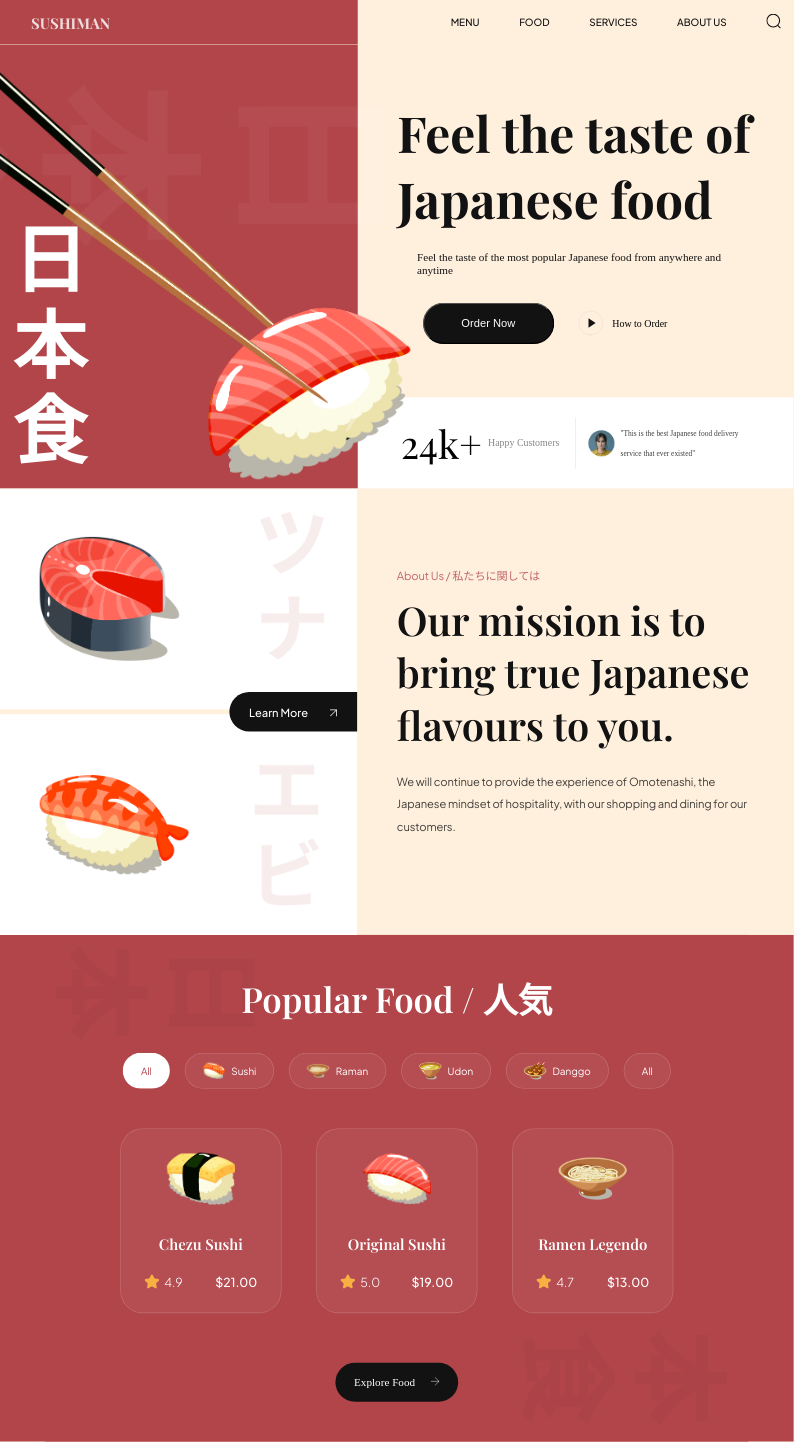
Repository: echoyol/sushiWebsite
Page: index.html
The author's editor kept a copy of each file at every save. The page is drawn from the files as they stood at one save, then again after the next save.
The browser window is 1280 px wide. The pictures show the whole page, at 62% of full size.

Above is the page before, as saved 2023-06-05 20:55:02.

### index.html
<!DOCTYPE html>
<html lang="en">
  <head>
    <meta charset="UTF-8" />
    <meta
      http-equiv="X-UA-Compatible"
      content="IE=edge"
    />
    <meta
      name="viewport"
      content="width=device-width, initial-scale=1.0"
    />
    <link
      rel="icon"
      type="image/png"
      href="/public/sushi.png"
    />
    <link
      rel="stylesheet"
      href="/css/style.css"
    />
    <title>Sushiman</title>
  </head>
  <body>
    <header>
      <nav class="header_nav">
        <div class="header__logo">
          <h4>Sushiman</h4>
          <div class="header__logo-overlay"></div>
        </div>
        <ul class="header__menu">
          <li>
            <a href="#menu">Menu</a>
          </li>
          <li>
            <a href="#food">Food</a>
          </li>
          <li>
            <a href="#services">Services</a>
          </li>
          <li>
            <a href="#about-us">About Us</a>
          </li>
          <li>
            <img
              src="assets/search.svg"
              alt="search"
            />
          </li>
        </ul>
        <ul class="header__menu-mobile">
          <li>
            <img
              src="assets/menu.svg"
              alt="menu"
            />
          </li>
        </ul>
      </nav>
    </header>

    <section class="hero">
      <div class="hero-image">
        <img
          src="assets/sushi-1.png"
          alt="sushi"
        />
        <h2>
          日<br />
          本<br />
          食
        </h2>

        <div class="hero-image__overlay"></div>
      </div>

      <div class="hero-content">
        <div class="hero-content-info">
          <h1>Feel the taste of Japanese food</h1>
          <p>
            Feel the taste of the most popular Japanese food from anywhere and
            anytime
          </p>

          <div class="hero-content__buttons">
            <button class="hero-content__order-button">Order Now</button>
            <button class="hero-content__play-button">
              <img
                src="assets/play-circle.svg"
                alt="play"
              />
              How to Order
            </button>
          </div>
        </div>
        <div class="hero-content__testimonial">
          <div class="hero-content__customer flex-center">
            <h4>24<span>k+</span></h4>
            <p>Happy Customers</p>
          </div>

          <div class="hero-content__review">
            <img
              src="assets/user.png"
              alt="user"
            />
            <p>
              "This is the best Japanese food delivery service that ever
              existed"
            </p>
          </div>
        </div>
      </div>
    </section>

    <section
      class="about-us"
      id="about-us"
    >
      <div class="about-us__image">
        <div class="about-us__image-sushi3">
          <img
            src="assets/sushi-3.png"
            alt="sushi"
          />
        </div>

        <button class="about-us__button">
          Learn More

          <img
            src="assets/arrow-up-right.svg"
            alt="learn more"
          />
        </button>

        <div class="about-us__image-sushi2">
          <img
            src="assets/sushi-2.png"
            alt="sushi"
          />
        </div>
      </div>

      <div class="about-us__content">
        <p class="sushi__subtitle">About Us / 私たちに関しては</p>
        <h3 class="sushi__title">
          Our mission is to bring true Japanese flavours to you.
        </h3>
        <p class="sushi__description">
          We will continue to provide the experience of Omotenashi, the Japanese
          mindset of hospitality, with our shopping and dining for our
          customers.
        </p>
      </div>
    </section>

    <section
      class="popular-foods"
      id="menu"
    >
      <h2 class="popular-foods__title">Popular Food / 人気</h2>

      <div class="popular-foods__filters sushi__hide-scrollbar">
        <button class="popular-foods__filter-btn active">All</button>
        <button class="popular-foods__filter-btn">
          <img
            src="assets/sushi-9.png"
            alt="sushi 9"
          />
          Sushi
        </button>
        <button class="popular-foods__filter-btn">
          <img
            src="assets/sushi-8.png"
            alt="sushi 8"
          />
          Raman
        </button>
        <button class="popular-foods__filter-btn">
          <img
            src="assets/sushi-7.png"
            alt="sushi 7"
          />
          Udon
        </button>
        <button class="popular-foods__filter-btn">
          <img
            src="assets/sushi-6.png"
            alt="sushi 6"
          />
          Danggo
        </button>
        <button class="popular-foods__filter-btn">All</button>
      </div>

      <div class="popular-foods__catalogue">
        <article class="popular-foods__card">
          <img
            class="popular-foods__card-image"
            src="assets/sushi-12.png"
            alt="sushi-12"
          />
          <h4 class="popular-foods__card-title">Chezu Sushi</h4>

          <div class="popular-foods__card-details flex-between">
            <div class="popular-foods__card-rating">
              <img
                src="assets/star.svg"
                alt="star"
              />
              <p>4.9</p>
            </div>
            <p class="popular-foods__card-price">$21.00</p>
          </div>
        </article>

        <article class="popular-foods__card active-card">
          <img
            class="popular-foods__card-image"
            src="assets/sushi-11.png"
            alt="sushi-11"
          />
          <h4 class="popular-foods__card-title">Original Sushi</h4>

          <div class="popular-foods__card-details flex-between">
            <div class="popular-foods__card-rating">
              <img
                src="assets/star.svg"
                alt="star"
              />
              <p>5.0</p>
            </div>
            <p class="popular-foods__card-price">$19.00</p>
          </div>
        </article>

        <article class="popular-foods__card">
          <img
            class="popular-foods__card-image"
            src="assets/sushi-10.png"
            alt="sushi-10"
          />
          <h4 class="popular-foods__card-title">Ramen Legendo</h4>

          <div class="popular-foods__card-details flex-between">
            <div class="popular-foods__card-rating">
              <img
                src="assets/star.svg"
                alt="star"
              />
              <p>4.7</p>
            </div>
            <p class="popular-foods__card-price">$13.00</p>
          </div>
        </article>
      </div>

      <button class="popular-foods__button">
        Explore Food
        <img
          src="assets/arrow-right.svg"
          alt="arrow-right"
        />
      </button>
    </section>
    <script
      src="js/script.js"
      type="module"
    ></script>
  </body>
</html>

### css/style.css
@import url('https://fonts.googleapis.com/css2?family=Playfair+Display:wght@400;500;600;700;800;900&display=swap');
@import url('https://fonts.googleapis.com/css2?family=Plus+Jakarta+Sans:wght@200;300;400;500;600;700;800&display=swap');

/* other css file imports */
@import url('sections/header.css');
@import url('sections/hero.css');
@import url('sections/about.css');
@import url('sections/popular.css');
@import url('sections/trending.css');
@import url('sections/subscribe.css');
@import url('sections/footer.css');

/* CSS variables for reusablity across all files (including above imported) */
:root {
  --playfair-display: 'Playfair Display', serif;
  --plus-jakarta-sans: 'Plus Jakarta Sans', sans-serif;

  --primary-color: #b1454a;
  --secondary-color: #121212;

  --black-200: #020202;
  --black-300: #333333;
  --black-400: #1f1e31;
  --black-500: #555555;
  --gray-100: #888888;

  --color-white: #fff;
  --color-creamson: #fff0de;
}

* {
  margin: 0;
  padding: 0;
  box-sizing: border-box;
  scroll-behavior: smooth;
}

body {
  max-width: 1280px;
  margin: 0 auto;
  background-color: var(--color-creamson);
}

a {
  text-decoration: none;
  color: inherit;
}

.flex-center {
  display: flex;
  justify-content: center;
  align-items: center;
}

.flex-between {
  display: flex;
  justify-content: space-between;
  align-items: center;
}

.sushi__subtitle {
  font-size: 18px;
  font-weight: 400;
  font-family: var(--plus-jakarta-sans);

  color: var(--primary-color);
  opacity: 0.8;

  letter-spacing: -0.01em;
}

.sushi__title {
  font-size: 64px;
  font-weight: 600;
  font-family: var(--playfair-display);

  color: var(--secondary-color);

  margin-top: 16px;
}

.sushi__description {
  font-size: 18px;
  font-weight: 400;
  font-family: var(--plus-jakarta-sans);

  line-height: 36px;
  letter-spacing: -0.01em;

  color: var(--secondary-color);
  opacity: 0.8;

  margin: 32px 0px;
}

/* Hide scrollbar for Chrome, Safari and Opera */
.sushi__hide-scrollbar::-webkit-scrollbar {
  display: none;
}

/* Hide scrollbar for IE, Edge and Firefox */
.sushi__hide-scrollbar {
  -ms-overflow-style: none; /* IE and Edge */
  scrollbar-width: none; /* Firefox */
}

/* START: about us media queries */
@media screen and (max-width: 1024px) {
  .about-us {
    flex-direction: column;
  }

  .about-us__image {
    flex-direction: row;
  }

  .about-us__image-sushi3 {
    border-bottom: none;
    border-right: 8px solid var(--color-creamson);
  }

  .about-us__button {
    display: none;
  }
}

@media screen and (max-width: 750px) {
  .about-us__image {
    flex-direction: column;
  }

  .about-us__image-sushi3 {
    border-bottom: 8px solid var(--color-creamson);
    border-right: none;
  }

  .about-us__button {
    display: block;
    top: 47%;
  }
}

@media screen and (max-width: 550px) {
  .about-us__image-sushi2 img,
  .about-us__image-sushi3 img {
    width: 50%;
    height: 160px;

    object-fit: contain;
  }

  .about-us__image div {
    padding: 32px;
  }

  .about-us__button {
    top: 44%;
  }

  .about-us__content {
    padding: 32px;
  }
}
/* END: about us media queries */

/* START: header media querie */
@media screen and (max-width: 900px) {
  .header__nav {
    background: var(--primary-color);
  }

  .header__menu {
    display: none;
  }

  .header__menu-mobile {
    display: flex;
  }
}

@media screen and (max-width: 550px) {
  .header__logo {
    padding-left: 0;
  }
}
/* END: header media queries */

/* START: hero media queries */
@media screen and (max-width: 1060px) {
  .hero {
    flex-direction: column;
  }

  .hero-image img {
    width: 100%;

    transform: matrix(1, 0.05, 0, 1.25, 0, 0) !important;
  }
}

@media screen and (max-width: 750px) {
  .hero-image h2 {
    font-size: 70px;
    line-height: 90px;
  }
}

@media screen and (max-width: 550px) {
  .hero-image h2 {
    font-size: 40px;
    line-height: 60px;
  }

  .hero-content-info {
    padding: 32px;
  }

  .hero-content-info h1 {
    font-size: 60px;
  }

  .hero-content-info p {
    margin: 32px 0;
  }

  .hero-content__buttons {
    margin: 41px 0;
  }

  .hero-content__testimonial {
    padding: 32px;
  }
}
/* END: hero media queries */

/* START: popular media queries */
@media screen and (max-width: 550px) {
  .popular-foods {
    padding: 64px 32px;
  }

  .popular-foods__card,
  .popular-foods__card.active-card {
    min-width: 100%;
  }
}
/* END: popular media queries */

/* START: subscribe media queries */
@media screen and (max-width: 550px) {
  .subscription {
    padding: 64px 32px;
  }

  .subscription h2 {
    font-size: 68px;
    line-height: 100px;
  }

  .subscription__form {
    flex-direction: column;
    gap: 20px;

    min-width: 100%;
    border-radius: 20px;
    padding: 0;

    border: none;
  }

  .subscription__form input {
    min-height: 50px;

    border: 1px solid rgba(255, 255, 255, 0.5);
    padding: 10px 20px;
    border-radius: 30px;
  }

  .subscription__form button {
    min-width: 100%;
  }
}
/* END: subscribe media queries */

/* START: trending media queries */
@media screen and (max-width: 1024px) {
  .trending-sushi {
    flex-direction: column;
  }

  .trending-drink {
    flex-direction: column-reverse;
  }

  .trending__image {
    width: 100%;
    background-size: cover;
  }

  .trending__discover {
    display: none;
  }

  .trending__arrow {
    display: none;
  }
}

@media screen and (max-width: 550px) {
  .trending__image img {
    width: 70%;
    height: 70%;
  }

  .trending__content {
    padding: 32px;
  }
}
/* END: trending media queries */

### js/script.js
// import AOS from 'aos'
// import 'aos/dist/aos.css'

// // init AOS animation
// AOS.init({
//   duration: 1000,
//   offset: 100,
// })

### css/sections/header.css
.header_nav {
  display: flex;
  overflow: hidden;
}

.header__logo {
  flex: 1;
  display: flex;
  position: relative;
  padding: 20px;
}

.header__logo-overlay {
  position: absolute;
  inset: 0;
  width: 100%;
  background-color: var(--primary-color);
  z-index: -1;
}

.header__logo h4 {
  padding-left: 30px;
  font-weight: 700;
  font-size: 24px;
  text-transform: uppercase;
  font-family: var(--playfair-display);
  color: #fff;
  opacity: 0.8;
}

.header__menu,
.header__menu-mobile {
  padding: 20px;
  flex: 1.236;
  display: flex;
  align-items: center;
  justify-content: flex-end;
  gap: 64px;

  list-style: none;
}

.header__menu li {
  font-weight: 500;
  font-family: var(--plus-jakarta-sans);
  color: var(--secondary-color);
  font-size: 16px;
  text-transform: uppercase;
  line-height: 20px;
  cursor: pointer;
}

.header__menu li img {
  width: 24px;
  height: 24px;
  object-fit: contain;
}

.header__menu-mobile {
  display: none;
  gap: 20px;
  position: relative;
}

### css/sections/hero.css
.hero {
  display: flex;
  min-height: calc(100vh-74px);
  overflow: hidden;
}

.hero-image {
  flex: 1;
  display: flex;
  flex-direction: column;
  position: relative;
  z-index: 5;
}

.hero-image img {
  width: 120%;
  height: 100%;
  object-fit: contain;
}

.hero-image__overlay {
  position: absolute;
  inset: 0;
  width: 100%;
  background-color: var(--primary-color);
  z-index: -1;
}

.hero-image h2 {
  position: absolute;
  bottom: 0;
  padding: 20px;
  font-family: var(--playfair-diaplay);
  font-weight: 700;
  font-size: 120px;
  line-height: 138px;
  color: #fff;
}

.hero-content {
  flex: 1.22;
  display: flex;
  justify-content: space-between;
  flex-direction: column;
}

.hero-content-info {
  padding: 64px;
  flex: 1;
  display: flex;
  justify-content: center;
  flex-direction: column;
}

.hero-content-info h1 {
  font-size: 80px;
  font-weight: 600px;
  font-family: var(--playfair-display);
  color: var(--secondary-color);
}

.hero-content-info p {
  margin: 32px 0 0 32px;
  font-family: var(--plus-jakarta-sana);
  color: var(--secondary-color);
  font-size: 18px;
  font-weight: 400;
}

.hero-content__buttons {
  margin: 41px 0 0 41px;
  display: flex;
  flex-wrap: wrap;
  gap: 36px;
}

.hero-content__order-button {
  padding: 20px;
  border-radius: 36px;
  min-width: 212px;
  outline: none;
  background-color: var(--secondary-color);
  cursor: pointer;
  color: #fff;
  font-weight: 500;
  font-size: 18px;
  line-height: 23px;
}

.hero-content__play-button {
  border: none;
  outline: none;
  background: transparent;

  display: flex;
  align-items: center;

  font-size: 16px;
  line-height: 19px;
  color: var(--black-200);
  font-family: var(--plus-jakarta-sana);

  cursor: pointer;
}

.hero-content__play-button img {
  margin-right: 12px;

  width: 46px;
  height: 46px;
  object-fit: contain;
}

.hero-content__testimonial {
  padding: 32px 64px;

  display: flex;
  flex-wrap: wrap;
  gap: 20px;

  background: var(--color-white);
}

.hero-content__customer {
  flex: 1;
  gap: 10px;
}

.hero-content__customer h4 {
  font-size: 62px;
  font-weight: 400;
  font-family: var(--playfair-display);
}

.hero-content__customer p {
  font-size: 16px;
  font-weight: 400;
  font-family: var(--plus-jakarta-sana);
  color: var(--secondary-color);
  opacity: 0.5;
}

.hero-content__review {
  flex: 1;
  display: flex;
  align-items: center;
  gap: 10px;

  padding-left: 20px;
  border-left: 1px solid rgba(2, 2, 2, 0.1);
  min-width: 200px;
}
.hero-content__review img {
  width: 42px;
  height: 42px;
  object-fit: contain;
}

.hero-content__review p {
  font-size: 12px;
  font-weight: 400;
  line-height: 32px;
  font-family: var(--plus-jakarta-sana);
  color: var(--secondary-color);
  opacity: 0.8;
}

### css/sections/about.css
.about-us {
  display: flex;
  min-height: 720px;
  overflow: hidden;
}

.about-us__image {
  flex: 1;
  display: flex;
  flex-direction: column;
  justify-content: center;

  background: var(--color-white);

  position: relative;
}

.about-us__image div {
  padding: 32px 64px;

  flex: 1;
  display: flex;
  align-items: center;

  background-position: center;
  background-repeat: no-repeat;
  background-size: contain;
}

.about-us__image-sushi3 {
  border-bottom: 8px solid var(--color-creamson);

  background-image: url('../../assets/about_bg1.png');
}

.about-us__image-sushi2 {
  background-image: url('../../assets/about_bg2.png');
}

.about-us__image-sushi3 img {
  width: 225px;
  height: 200px;
}

.about-us__image-sushi2 img {
  width: 240px;
  height: 160px;
}

.about-us__button {
  position: absolute;
  right: 0;

  padding: 12px 32px;
  min-height: 64px;

  background: var(--secondary-color);
  border-radius: 32px 0 0 32px;
  border: 0;
  outline: 0;

  color: #fff;
  font-family: var(--plus-jakarta-sans);
  font-weight: 500;
  font-size: 18px;
  line-height: 23px;
  cursor: pointer;
}

.about-us__button img {
  object-fit: contain;
  margin-left: 32px;
}

.about-us__content {
  padding: 64px;

  flex: 1;
  display: flex;
  justify-content: center;
  flex-direction: column;
}

### css/sections/popular.css
.popular-foods {
  padding: 64px;

  display: flex;
  flex-direction: column;

  background-color: var(--primary-color);
  background-image: url('../../assets/popular_bg.png');
  background-position: center;
  background-repeat: no-repeat;
  background-size: contain;

  overflow: hidden;
}

.popular-foods__title {
  font-size: 56px;
  font-family: var(--playfair-display);
  font-weight: 600;
  line-height: 78px;
  color: #fff;
  text-align: center;
}

.popular-foods__filters {
  margin-top: 48px;
  max-width: 100%;
  overflow-x: auto;

  display: flex;
  justify-content: center;
  gap: 24px;
}

.popular-foods__filter-btn {
  padding: 10px 28px;

  display: flex;
  flex-direction: row;
  align-items: center;
  gap: 10px;

  background: rgba(255, 255, 255, 0.05);
  border: 1px solid rgba(255, 255, 255, 0.2);
  border-radius: 46px;

  font-size: 16px;
  font-weight: 300px;
  line-height: 25px;
  font-family: var(--plus-jakarta-sans);
  color: #fff;
  cursor: pointer;
}

.popular-foods__filter-btn img {
  width: 36px;
  height: 36px;
  object-fit: contain;
}

.popular-foods__filter-btn.active {
  background-color: #fff;
  color: var(--primary-color);
}

.popular-foods__filter-btn:hover {
  background-color: #fff;
  color: var(--primary-color);
}

.popular-foods__catalogue {
  margin-top: 64px;

  display: flex;
  justify-content: center;
  align-items: flex-end;
  flex-wrap: wrap;
  gap: 56px;
}

.popular-foods__button {
  width: fit-content;

  padding: 20px 30px;
  margin: 80px auto 0;

  font-weight: 500;
  font-size: 18px;
  line-height: 23px;
  font-family: var(--secondary-color);
  color: #fff;

  border: none;
  outline: none;
  background: var(--secondary-color);
  border-radius: 64px;
  cursor: pointer;
}

.popular-foods__button img {
  width: 14px;
  height: 14px;
  object-fit: contain;

  margin-left: 21px;
}

.popular-foods__card {
  padding: 38px;
  min-width: 260px;
  height: fit-content;

  display: flex;
  align-items: center;
  flex-direction: column;

  border-radius: 36px;
  background: rgba(255, 255, 255, 0.05);
  border: 1px solid rgba(255, 255, 255, 0.2);
}

.popular-foods__card-image {
  width: 110px;
  height: 84px;
  object-fit: contain;
}

.popular-foods__card-title {
  margin-top: 47px;

  font-weight: 600;
  font-size: 24px;
  line-height: 32px;
  font-family: var(--playfair-display);
  color: #fff;
  text-align: center;
}

.popular-foods__card-details {
  width: 100%;
  margin-top: 32px;
}

.popular-foods__card-rating {
  display: flex;
  align-items: center;
  gap: 8px;
}

.popular-foods__card-rating img {
  width: 24px;
  height: 24px;
  object-fit: contain;
}

.popular-foods__card-rating p {
  font-size: 20px;
  font-weight: 300;
  font-family: var(--plus-jakarta-sans);
  color: #fff;
}

.popular-foods__card-price {
  font-size: 20px;
  font-weight: 500;
  font-family: var(--plus-jakarta-sans);
  color: #fff;
}

Loaded but not shown: css/sections/trending.css (no stored copy; drawn as an empty file); css/sections/subscribe.css (no stored copy; drawn as an empty file); css/sections/footer.css (no stored copy; drawn as an empty file)

After the next save:
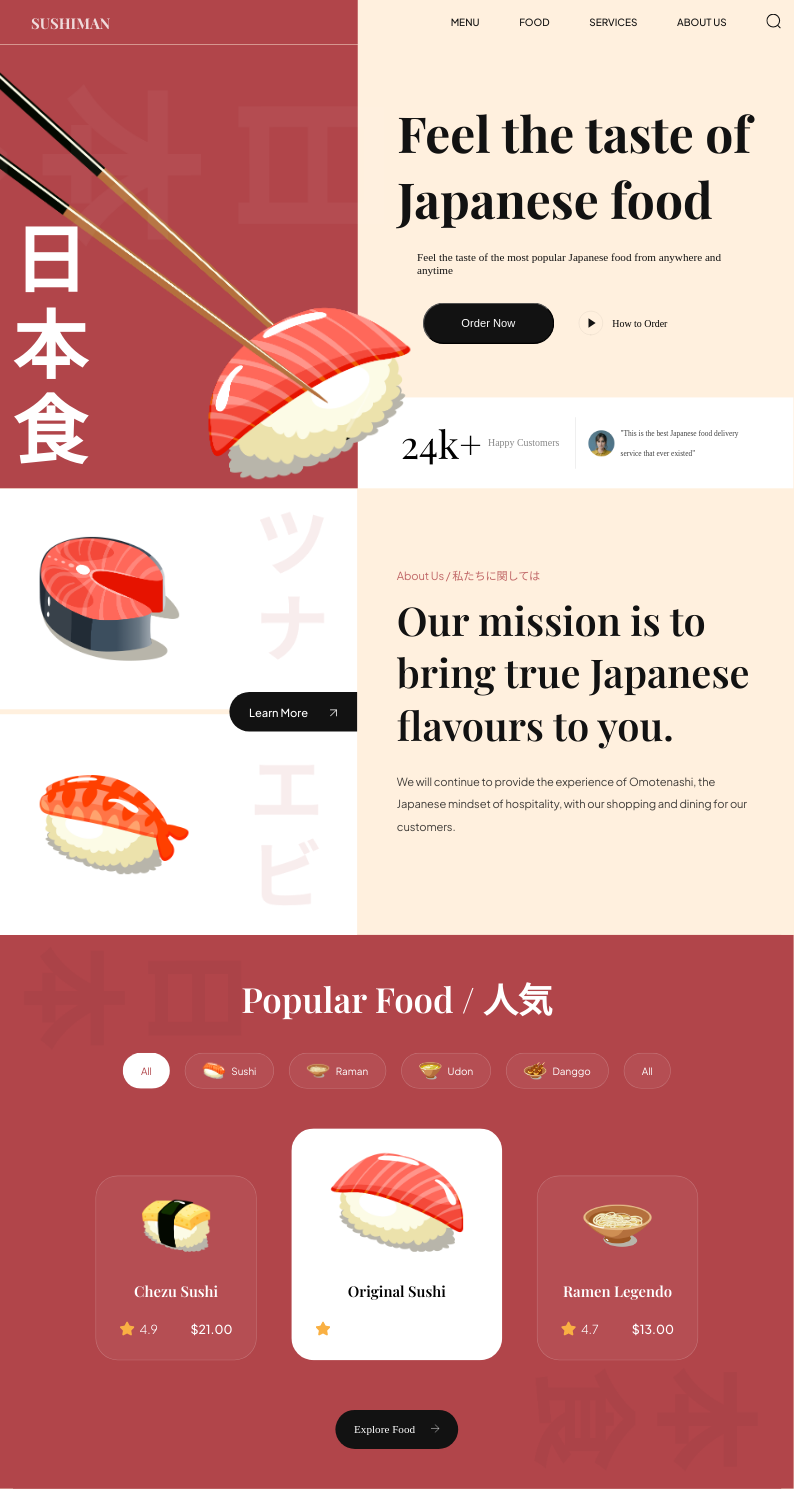
Saved 5 min 53 s later.
--- a/css/sections/popular.css
+++ b/css/sections/popular.css
@@ -166,3 +166,23 @@
   font-family: var(--plus-jakarta-sans);
   color: #fff;
 }
+
+.popular-foods__card.active-card {
+  background: #fff;
+  min-width: 340px;
+}
+
+.popular-foods__card.active-card .popular-foods__card-image {
+  width: 214px;
+  height: 160px;
+}
+
+.popular-foods__card.active-card .popular-foods__card-title {
+  color: var(--backk-500);
+}
+
+.popular-foods__card.active-card .popular-foods__card-rating img {
+}
+
+.popular-foods__card.active-card .popular-foods__card-rating p {
+}
